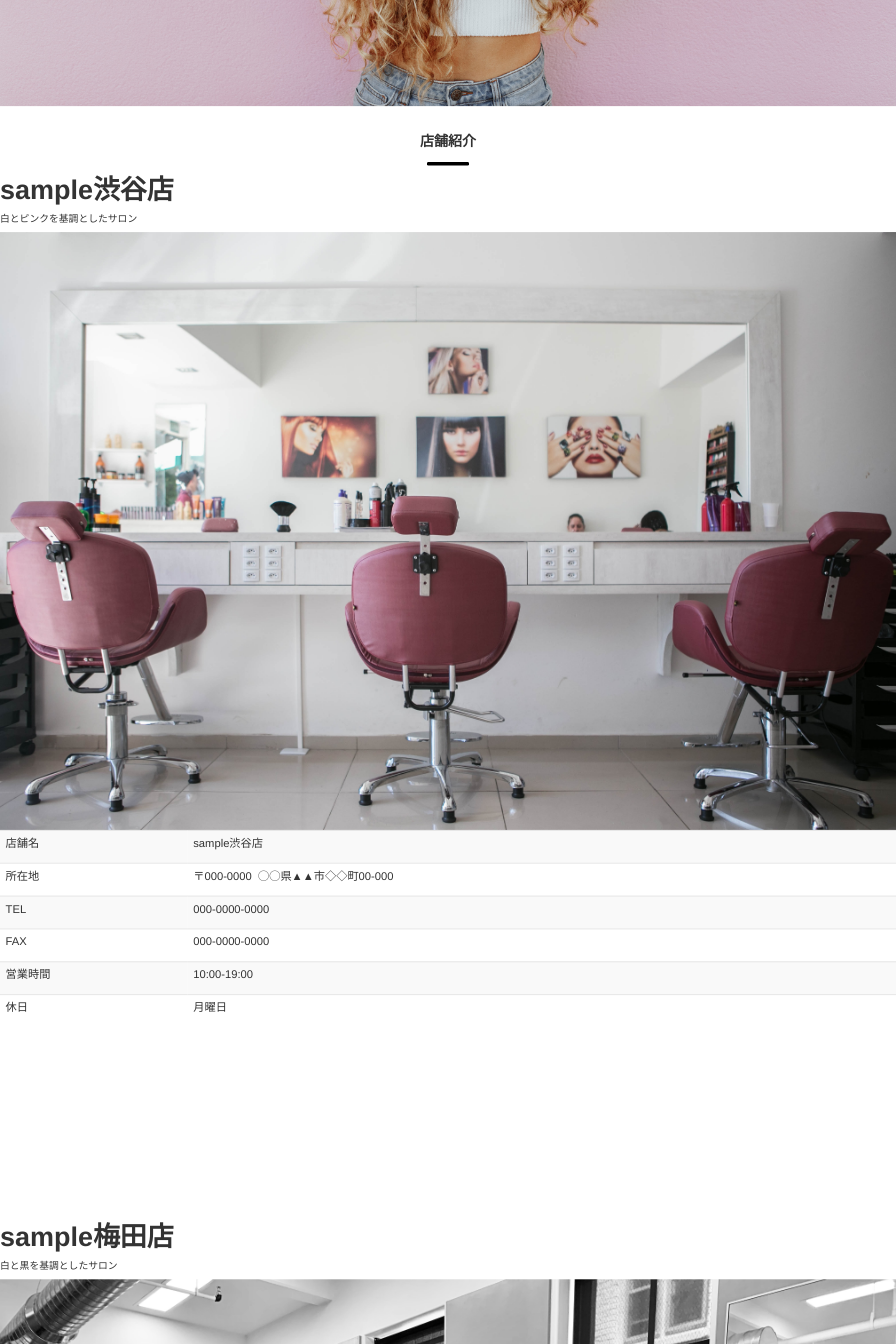
Repository: hayashikazuki/side_job_tenp_hayashi
Page: salon-tenp/profile.html
The author's editor kept a record of every edit. The page is drawn from the files as they stood at one moment, then again after the next edit.
The browser window is 1280 px wide. The pictures show the part of the page from y = 742 to 2662 px (the page is 4197 px tall before and 4217 px after), at 70% of full size.
Pictures or frames that could not be fetched are drawn as grey boxes. Some web libraries are served in a nearby version.

Above is the page before.

### salon-tenp/profile.html
<!DOCTYPE>
<html lang="ja">
    <head>
        <meta charaset="UTF-8">
        <title>sampleサロン</title>
        <meta charset="UTF-8">
        <meta name="viewport" content="width=device-width,initial-scale=1">
        <link rel="stylesheet" href="profile.css"/>
        <link rel="stylesheet" href="bootstrap.css"/>
        <link href="https://use.fontawesome.com/releases/v5.6.1/css/all.css" rel="stylesheet">
        <link rel="stylesheet" href="https://cdnjs.cloudflare.com/ajax/libs/font-awesome-animation/0.0.10/font-awesome-animation.css"
        type="text/css" media="all" />
        <script src="https://ajax.googleapis.com/ajax/libs/jquery/3.5.1/jquery.min.js"></script>
        <script src="profile.js"></script>
    </head>
    <body>
        <header>
            <h1>sample</h1>
        </header>

        <div id="navArea">

            <nav>
                <div class="inner">
                  <ul>
                    <li><a href="#">TOP</a></li>
                    <li><a href="#">店舗紹介</a></li>
                    <li><a href="#">お問い合わせ</a></li>
                  </ul>
                </div>
            </nav>

          　<div class="toggle_btn">
                <span></span>
                <span></span>
                <span></span>
          　</div>

      　　　　<div id="mask"></div>

    　　</div>

        <div class="main-img">
            <img src="./salon-img/averie-woodard-4nulm-JUYFo-unsplash.jpg">
        </div>

        <div class="shop-title">
            <h1>店舗紹介</h1>
        </div>

        <section class="shop-info">
            <h1>sample渋谷店</h1>
            <p>白とピンクを基調としたサロン</p>

            <div class="shop-img">
                <img src="./salon-img/guilherme-petri-PtOfbGkU3uI-unsplash.jpg">
            </div>
            <div class="info">
                <table class="table table-striped">
                    <tr>
                        <td><p>店舗名</p></td>
                        <td><p>sample渋谷店</p></td>
                    </tr>
                    <tr>
                        <td><p>所在地</p></td>
                        <td><p>〒000-0000&nbsp;&nbsp;◯◯県▲▲市◇◇町00-000</p></td>
                    </tr>
                    <tr>
                        <td><p>TEL</p></td>
                        <td><p>000-0000-0000</p></td>
                    </tr>
                    <tr>
                        <td><p>FAX</p></td>
                        <td><p>000-0000-0000</p></td>
                    </tr>
                    <tr>
                        <td><p>営業時間</p></td>
                        <td><p>10:00-19:00</p></td>
                    </tr>
                    <tr>
                        <td><p>休日</p></td>
                        <td><p>月曜日</p></td>
                    </tr>
                </table>
            </div>

            <iframe src="https://www.google.com/maps/embed?pb=!1m18!1m12!1m3!1d3241.7701641507188!2d139.69944711525818!3d35.658033880199675!2m3!1f0!2f0!3f0!3m2!1i1024!2i768!4f13.1!3m3!1m2!1s0x60188b563b00109f%3A0x337328def1e2ab26!2z5riL6LC36aeF!5e0!3m2!1sja!2sjp!4v1597506700726!5m2!1sja!2sjp" width="300" height="250" frameborder="0"
            style="border:0;" allowfullscreen="" aria-hidden="false" tabindex="0"></iframe>

        </section>


        <section class="shop-info">
            <h1>sample梅田店</h1>
            <p>白と黒を基調としたサロン</p>

            <div class="shop-img">
                <img src="./salon-img/adam-winger-VjRpkGtS55w-unsplash.jpg">
            </div>
            <div class="info">
                <table class="table table-striped">
                    <tr>
                        <td><p>店舗名</p></td>
                        <td><p>sample梅田店</p></td>
                    </tr>
                    <tr>
                        <td><p>所在地</p></td>
                        <td><p>〒000-0000&nbsp;&nbsp;◯◯県▲▲市◇◇町00-000</p></td>
                    </tr>
                    <tr>
                        <td><p>TEL</p></td>
                        <td><p>000-0000-0000</p></td>
                    </tr>
                    <tr>
                        <td><p>FAX</p></td>
                        <td><p>000-0000-0000</p></td>
                    </tr>
                    <tr>
                        <td><p>営業時間</p></td>
                        <td><p>10:00-19:00</p></td>
                    </tr>
                    <tr>
                        <td><p>休日</p></td>
                        <td><p>月曜日</p></td>
                    </tr>
                </table>
            </div>

            <iframe src="https://www.google.com/maps/embed?pb=!1m18!1m12!1m3!1d3280.1068282162037!2d135.49376191506227!3d34.70248538043399!2m3!1f0!2f0!3f0!3m2!1i1024!2i768!4f13.1!3m3!1m2!1s0x6000e68d95e3a70b%3A0x1baec822e859c84a!2z5aSn6Ziq6aeF!5e0!3m2!1sja!2sjp!4v1597506868678!5m2!1sja!2sjp" width="300" height="250" frameborder="0" style="border:0;" allowfullscreen=""
            aria-hidden="false" tabindex="0"></iframe>
        </section>

        <footer>
            <p>&copy;sample</p>
        </footer>


        <div class="top-btn">
            <a href="#top">
                <i class="fas fa-chevron-up my-black fa-4x faa-bounce animated"></i>
                <p>PAGE TOP</p>
            </a>
        </div>

    </body>
</html>

### salon-tenp/profile.css
body{
    margin:0;
}

header {
  position: fixed;
  top: 0;
  left: 0;
  z-index: 2;
  width: 100%;
  height: 65px;
  background: white;
}
header h1 {
  color: black;
  text-align:center;
  font-size:20px;
  line-height:35px;
  transition: .3s;
}

/*============
nav
=============*/
nav {
  display: block;
  position: fixed;
  top: 0;
  left: -300px;
  bottom: 0;
  width: 300px;
  background: #ffffff;
  overflow-x: hidden;
  overflow-y: auto;
  -webkit-overflow-scrolling: touch;
  transition: .5s;
  z-index: 3;
}
.open nav {
  left: 0;
}
nav .inner {
  padding: 25px;
}
nav .inner ul {
  list-style: none;
  margin: 0;
  padding: 0;
}
nav .inner ul li {
  position: relative;
  margin: 0;
  border-bottom: 1px solid #333;
}
nav .inner ul li a {
  display: block;
  color: #333;
  font-size: 14px;
  padding: 1em;
  text-decoration: none;
  transition-duration: 0.2s;
}
nav .inner ul li a:hover {
  background: #e4e4e4;
}

@media screen and (max-width: 767px) {
  nav {
    left: -240px;
    width: 240px;
  }
}
/*============
@keyframes
=============*/
@keyframes equalizer01 {
  0% {
    width: 70%;
  }
  10% {
    width: 50%;
  }
  20% {
    width: 100%;
  }
  30% {
    width: 10%;
  }
  40% {
    width: 50%;
  }
  50% {
    width: 70%;
  }
  60% {
    width: 50%;
  }
  70% {
    width: 10%;
  }
  80% {
    width: 100%;
  }
  90% {
    width: 10%;
  }
  100% {
    width: 70%;
  }
}
@keyframes equalizer02 {
  0% {
    width: 30%;
  }
  10% {
    width: 20%;
  }
  20% {
    width: 40%;
  }
  30% {
    width: 10%;
  }
  40% {
    width: 20%;
  }
  50% {
    width: 30%;
  }
  60% {
    width: 20%;
  }
  70% {
    width: 10%;
  }
  80% {
    width: 40%;
  }
  90% {
    width: 10%;
  }
  100% {
    width: 30%;
  }
}
/*============
.toggle_btn
=============*/
.toggle_btn {
  display: block;
  position: fixed;
  top: 25px;
  left: 30px;
  width: 60px;
  height: 30px;
  transform: translate(0, 0);
  transition: all .5s;
  cursor: pointer;
  z-index: 3;
}
.open .toggle_btn {
  left: 330px;
}
.toggle_btn span {
  display: block;
  position: absolute;
  left: 0;
  width: 30px;
  height: 2px;
  background-color: #666;
  transition: all .5s;
}
.toggle_btn span:nth-child(1) {
  top: 5px;
  width: 60px;
  animation: equalizer01 7000ms infinite;
}
.toggle_btn span:nth-child(2) {
  top: 15px;
  width: 30px;
  animation: equalizer02 5000ms infinite;
  animation-delay: 0.33s;
}
.toggle_btn span:nth-child(3) {
  top: 25px;
  width: 20px;
  animation: equalizer02 5000ms infinite;
}
.open .toggle_btn span {
  background-color: #fff;
  width: 30px;
}
.open .toggle_btn span:nth-child(1) {
  transform: translate(0, 10px) rotate(-45deg);
  animation: unset;
}
.open .toggle_btn span:nth-child(2) {
  opacity: 0;
  animation: unset;
}
.open .toggle_btn span:nth-child(3) {
  transform: translate(0, -10px) rotate(45deg);
  animation: unset;
}
@media screen and (max-width: 767px) {
  .open .toggle_btn {
    left: 260px;
  }
}
/*============
#mask
=============*/
#mask {
  display: none;
}
.open #mask {
  display: block;
  position: fixed;
  top: 0;
  left: 0;
  width: 100%;
  height: 100%;
  background: #000;
  opacity: .8;
  z-index: 2;
  cursor: pointer;
  transition: all .5s;
}


.main-img{
  margin-top:20px;
}

.main-img img{
    width:100%;
}

.shop-title{
  width:300px;
  margin:30px auto;
}

.shop-title h1 {
  position: relative;
  margin-bottom: 1em;
  font-size:20px;
 text-align:center;
}

.shop-title h1:before {
  content: '';
  position: absolute;
  bottom: -15px;
  display: inline-block;
  width: 60px;
  height: 5px;
  left: 50%;
  -webkit-transform: translateX(-50%);
  transform: translateX(-50%);
  background-color: black;
  border-radius: 2px;
}

Loaded but not shown: salon-tenp/bootstrap.css (library); salon-tenp/profile.js (no copy from this time; the picture is the same without it)

After the next edit:
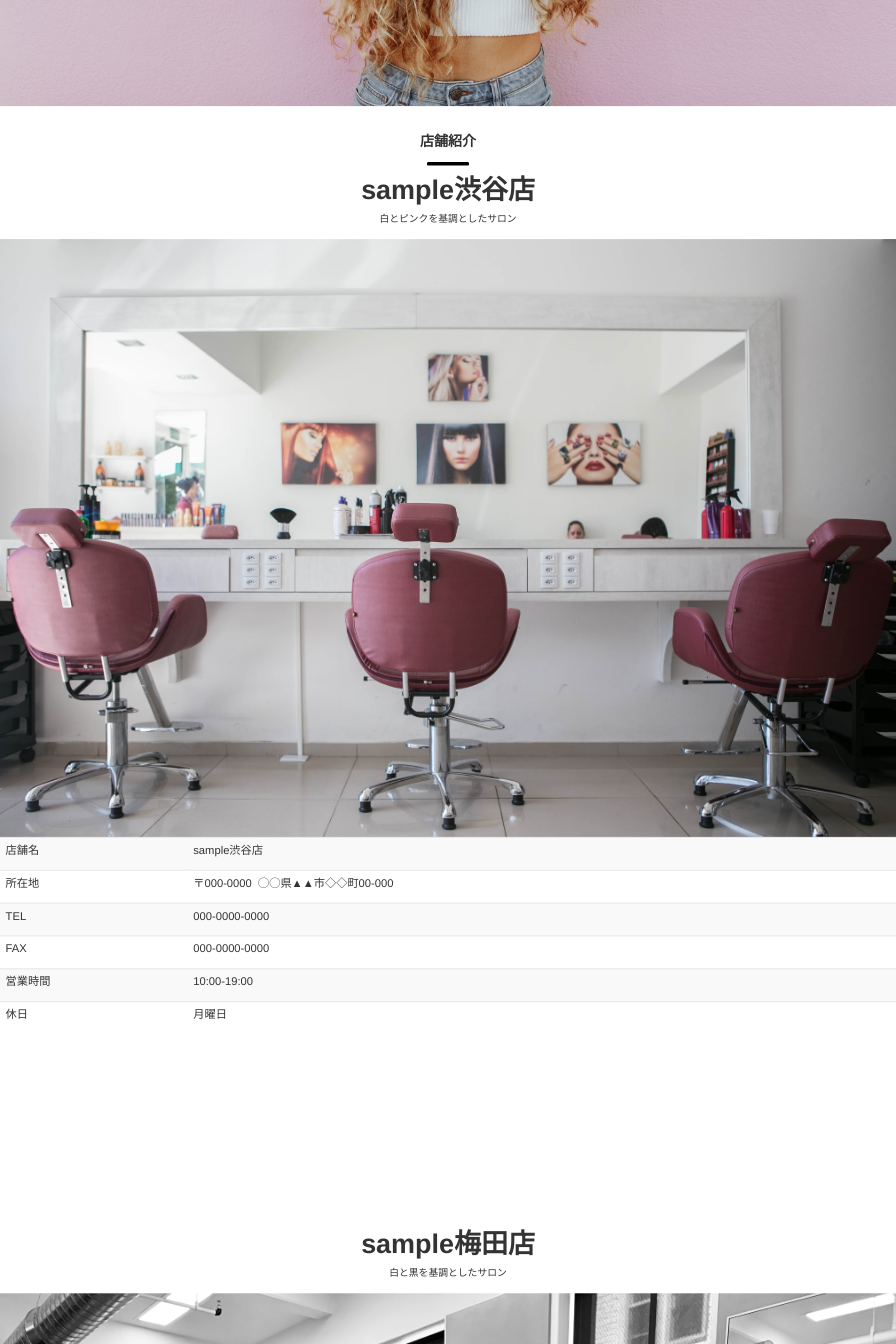
The edit:
--- a/salon-tenp/profile.css
+++ b/salon-tenp/profile.css
@@ -261,3 +261,15 @@ nav .inner ul li a:hover {
   background-color: black;
   border-radius: 2px;
 }
+
+.shop-info{
+  text-align:center;
+}
+
+.shop-img{
+  margin-top:20px;
+}
+
+.main-img img{
+    width:100%;
+}
